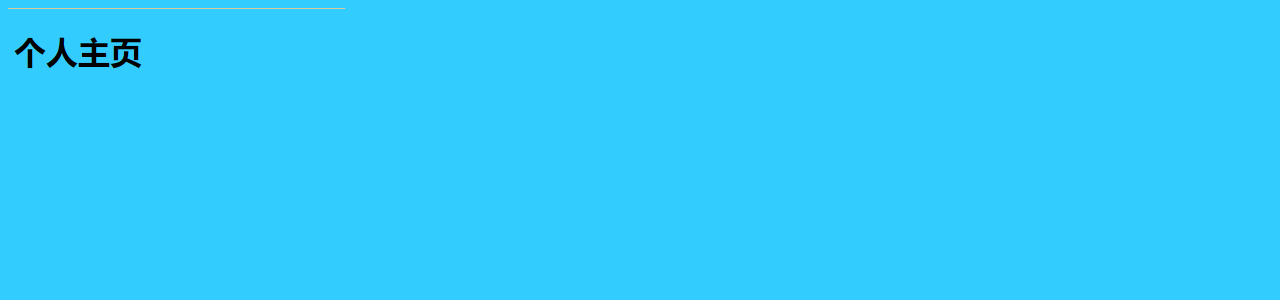
Repository: 13982720426/jsp-homework
Page: JSP实验课作业/JSP实验课1/sy2-6.html
An editor plug-in stored every save of this project. The page is shown before and after the next save, followed by the edit.
The browser window is 1280 px wide. The pictures show the whole page.

Above is the page before, as saved 2021-04-21 20:43:48.

After the next save:
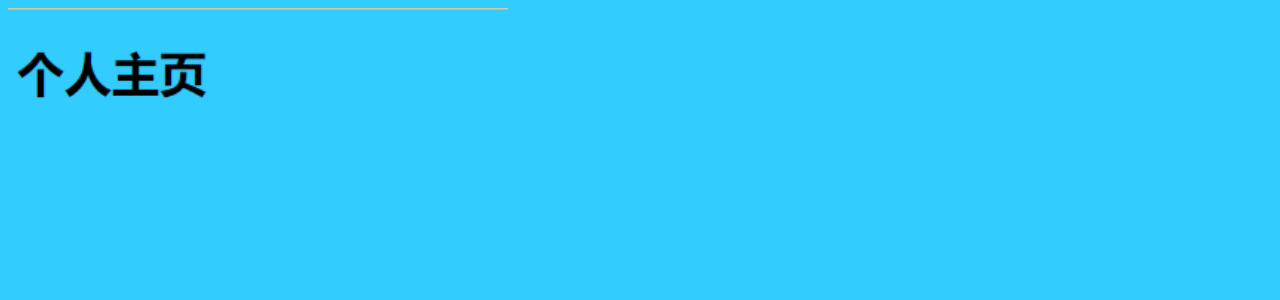
Saved 72 s later.
--- a/JSP实验课作业/JSP实验课1/sy2-6.html
+++ b/JSP实验课作业/JSP实验课1/sy2-6.html
@@ -8,7 +8,7 @@
 
 <body bgcolor='#33ccff'>
     <div style="width: 500px; height: 500px;">
-        <img src="/imgs/2.PNG" alt="">
+        <img src="/imgs/2.PNG" width='100%' alt="">
     </div>
 </body>
 
